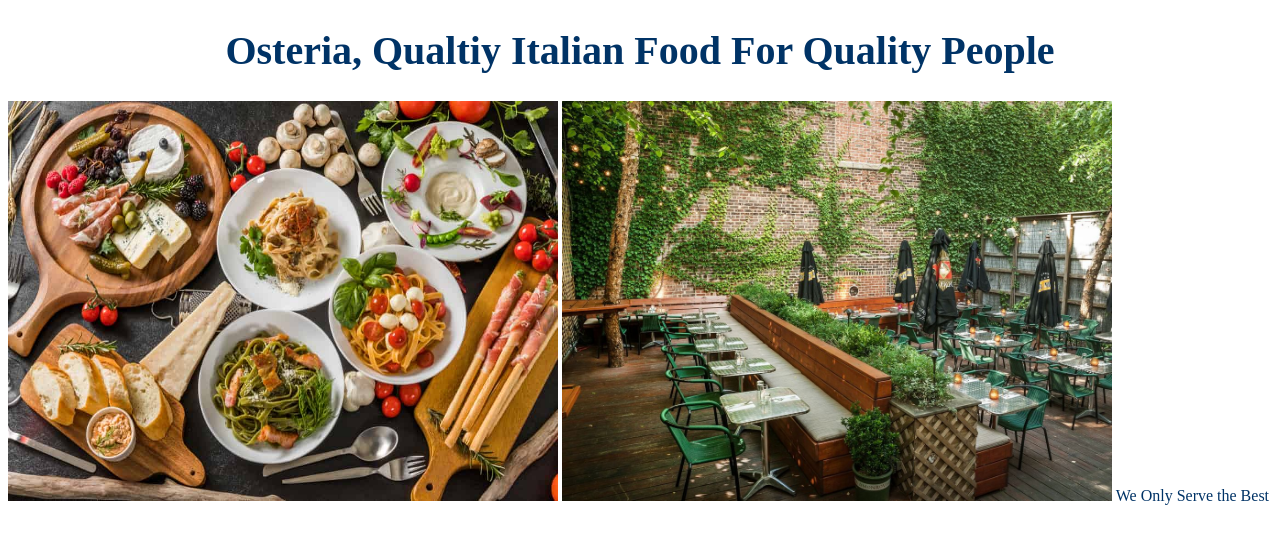
Repository: bala2672/bala2672.github.io
Page: 214/Website/menu.html
The author's editor kept a record of every edit. The page is drawn from the files as they stood at one moment, then again after the next edit.
The browser window is 1280 px wide. The pictures show the whole page.

Above is the page before.

After the next edit:
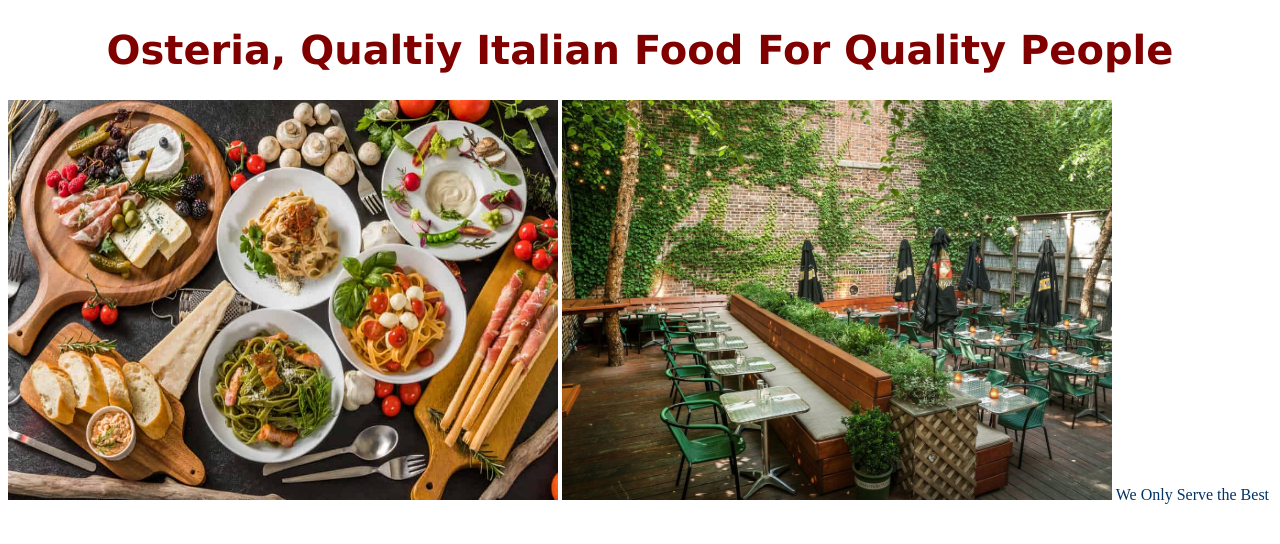
The edit:
--- a/214/Website/web.css
+++ b/214/Website/web.css
@@ -4,8 +4,8 @@
     }
 
     h1  {
-        font-family: "Marker Felt", "script";
- 	 color: #003366;
+        font-family: "Verdana";
+ 	 color: #800000;
  	   font-size: 2.5em;
  	   text-align: center;
    }
